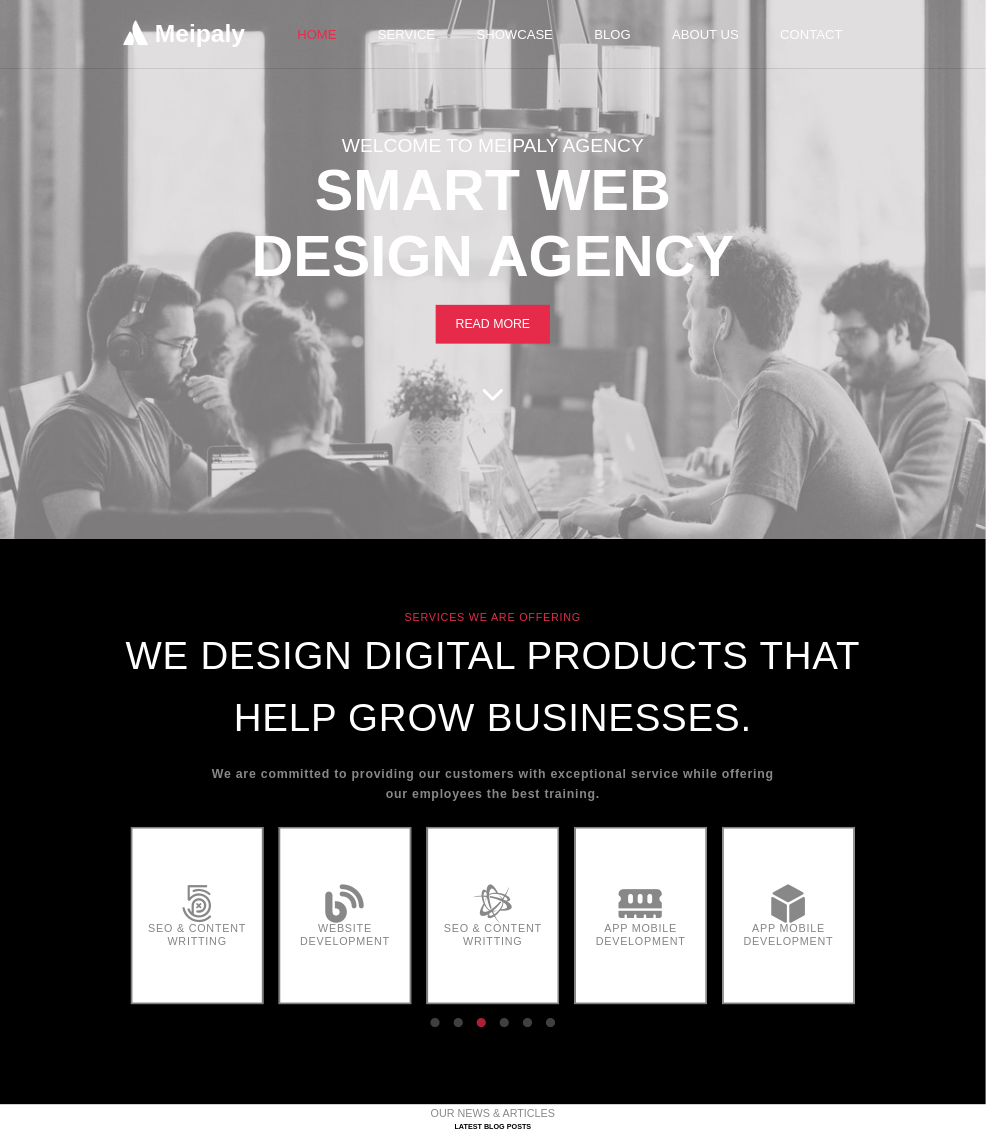
Repository: tudo1611/BC44_HTML5-CSS3_B6_MAIPALY_DO-TRUNG-TU
Page: index.html
An editor plug-in stored every save of this project. The page is shown before and after the next save, followed by the edit.
The browser window is 1280 px wide. The pictures show the whole page, at 77% of full size.
Some web fonts or font styles are not loaded; a fallback is used.

Above is the page before, as saved 2023-01-26 22:01:29.

### index.html
<!DOCTYPE html>
<html lang="en">

<head>
  <meta charset="UTF-8" />
  <meta http-equiv="X-UA-Compatible" content="IE=edge" />
  <meta name="viewport" content="width=device-width, initial-scale=1.0" />
  <title>Document</title>
  <link rel="stylesheet" href="https://cdnjs.cloudflare.com/ajax/libs/font-awesome/6.2.1/css/all.min.css" />
  <!-- slick  -->
  <link rel="stylesheet" href="./css/slick.css" />
  <link rel="stylesheet" href="./css/slick-theme.css" />
  <!-- main css  -->
  <link rel="stylesheet" href="./css/style.css" />
</head>

<body>
  <header>
    <div class="header__content">
      <div class="header__logo">
        <i class="fab fa-atlassian"></i>
        <span>Meipaly</span>
      </div>
      <nav>
        <ul>
          <li class="active"><a href="#">Home</a></li>
          <li><a href="#">Service</a></li>
          <li><a href="#">Showcase</a></li>
          <li><a href="#">Blog</a></li>
          <li><a href="#">About us</a></li>
          <li><a href="#">Contact</a></li>
        </ul>
      </nav>
    </div>
  </header>
  <section class="banner"></section>
  <section class="carousel">
    <div class="carousel__content">
      <p>WELCOME TO MEIPALY AGENCY</p>
      <h1>
        SMART WEB <br />
        DESIGN AGENCY
      </h1>
      <button>READ MORE</button>
      <div class="carousel__scroll">
        <i class="fa fa-chevron-down"></i>
      </div>
    </div>
  </section>
  <section class="service">
    <div class="service__content">
      <div class="title">
        <p>SERVICES WE ARE OFFERING</p>
        <h2>WE DESIGN DIGITAL PRODUCTS THAT HELP GROW BUSINESSES.</h2>
        <p>
          We are committed to providing our customers with exceptional service
          while offering <br />
          our employees the best training.
        </p>
      </div>
      <div class="service__slider">
        <div class="slick-content">
          <div class="item">
            <i class="fa fa-dice-d6"></i>
            <p>
              APP MOBILE <br />
              DEVELOPMENT
            </p>
          </div>
          <div class="item">
            <i class="fab fa-autoprefixer"></i>
            <p>
              DIGITAL <br />
              MARKETING
            </p>
          </div>
          <div class="item">
            <i class="fab fa-500px"></i>
            <p>
              SEO &#38; CONTENT <br />
              WRITTING
            </p>
          </div>
          <div class="item">
            <i class="fa fa-blog"></i>
            <p>
              WEBSITE <br />
              DEVELOPMENT
            </p>
          </div>
          <div class="item">
            <i class="fab fa-battle-net"></i>
            <p>
              SEO &#38; CONTENT <br />
              WRITTING
            </p>
          </div>
          <div class="item">
            <i class="fa fa-memory"></i>
            <p>
              APP MOBILE <br />
              DEVELOPMENT
            </p>
          </div>
        </div>
      </div>
    </div>
  </section>
  <section class="blogs">
    <div class="title title--black">
      <p>OUR NEWS &amp; ARTICLES</p>
      <h2>LATEST BLOG POSTS</h2>
      <p>
        We are committed to providing our customers with exceptional service
        while offering our
        <br />
        employees the best training.
      </p>
    </div>
  </section>
  <section class="number"></section>
  <section class="experience"></section>
  <section class="contact"></section>
  <script src="https://code.jquery.com/jquery-3.6.3.slim.js"
    integrity="sha256-DKU1CmJ8kBuEwumaLuh9Tl/6ZB6jzGOBV/5YpNE2BWc=" crossorigin="anonymous"></script>
  <script src="./js/slick.min.js"></script>

  <script>
    $(document).ready(function () {
      $(".slick-content").slick({
        dots: true,
        infinite: true,
        autoplay: true,
        autoplaySpeed: 2000,
        slidesToShow: 5,
        slidesToScroll: 1,
      });
    });
  </script>
</body>

</html>

### css/style.css
* {
  margin: 0;
  padding: 0;
  box-sizing: border-box;
}
html,
body {
  font-family: "Oswald", sans-serif;
  font-size: 62.5%;
  color: #fff;
}

.title {
  text-align: center;
  line-height: 1.6;
}
/* header  */
header {
  background-color: transparent;
  border-bottom: 1px solid rgba(0, 0, 0, 0.2);
  position: absolute;
  z-index: 10;
  width: 100%;
}
.header__content {
  width: 75%;
  margin: 0 auto;
  display: flex;
  justify-content: space-between;
  align-items: center;
  padding: 2.6rem 0;
}
.header__content ul {
  list-style: none;
}
.header__logo {
  font-size: 3.2rem;
  font-weight: 700;
  /* color: #fff; */
}
.header__content li {
  display: inline-block;
  padding: 0 2.6rem;
}
.header__content li.active a {
  color: #e62b4a;
}
.header__content li a {
  font-size: 1.7rem;
  color: #fff;
  text-transform: uppercase;
  text-decoration: none;
}
/* carousel  */
.carousel {
  background-image: url(../img/home_slider.jpg);
  background-size: cover;
  background-position: center;
  height: 70rem;
  display: flex;
  justify-content: center;
  align-items: center;
}
.carousel__content {
  text-align: center;
}
.carousel__content p {
  font-size: 2.5rem;
}
.carousel__content h1 {
  font-size: 7.5rem;
}
.carousel__content button {
  font-size: 1.6rem;
  margin-top: 2rem;
  padding: 1.5rem 2.5rem;
  background-color: #e62b4a;
  color: white;
  border: 1px solid #e62b4a;
  cursor: pointer;
  transition: all 0.5s;
}
.carousel__content button:hover {
  background-color: #af2239;
}
.carousel__scroll i {
  margin-top: 5rem;
  font-size: 3rem;
  animation: arrowDown 1s linear 0s infinite;
}

/* service  */
.service {
  text-align: center;
  padding: 9rem 0;
  background-color: #000;
}
.service__content {
  width: 75%;
  margin: 0 auto;
  letter-spacing: 1px;
}

.service .title p:first-of-type {
  font-size: 1.4rem;
  color: #e62b4a;
  font-weight: 300;
}
.service .title h2 {
  font-size: 5rem;
  color: #fff;
  font-weight: 400;
}
.service .title p:last-of-type {
  font-size: 1.6rem;
  color: #888888;
  font-weight: 700;
  margin-top: 2rem;
}
.service__slider {
  margin-top: 2rem;
}

.service__slider .item {
  width: 21.4rem;
  height: 23rem;
  border: 2px solid #81807d;
  background-color: #fff;
  color: #848482;
  text-align: center;
  margin: 1rem;
  display: flex;
  flex-direction: column;
  justify-content: center;
  align-items: center;
  position: relative;
}
.service__slider .item i{
  font-size: 5rem;
  color: #888888;
}
.service__slider .item p{
  font-size: 1.4rem;
}
.service__slider .item::after{
  content: "";
  height: 0;
  width: 5px;
  background-color: #e62b4a;
  display: block;
  position: absolute;
  top: 0;
  right: 0;
  transition: all .2s linear;
}
.service__slider .item:hover::after{
  height: 100%;
}
.slick-content .slick-dots li button:before{
  color: #fff;
  font-size: 5rem;
}
.slick-content .slick-dots li.slick-active button:before{
  color: #e62b4a;
}
.slick-prev:before, .slick-next:before{
  visibility: hidden;
}
/* blog  */
.title--black p:first-of-type {
    color: #888888;
    font-weight: 400;
    font-size: 1.4rem;
}
.title--black h2 {
    color: black;
}


@keyframes arrowDown {
  form {
    opacity: 1;
    transform: translateY(0);
  }
  to {
    opacity: 0;
    transform: translateY(4rem);
  }
}

Loaded but not shown: css/slick.css (common file); css/slick-theme.css (library); js/slick.min.js (library)

After the next save:
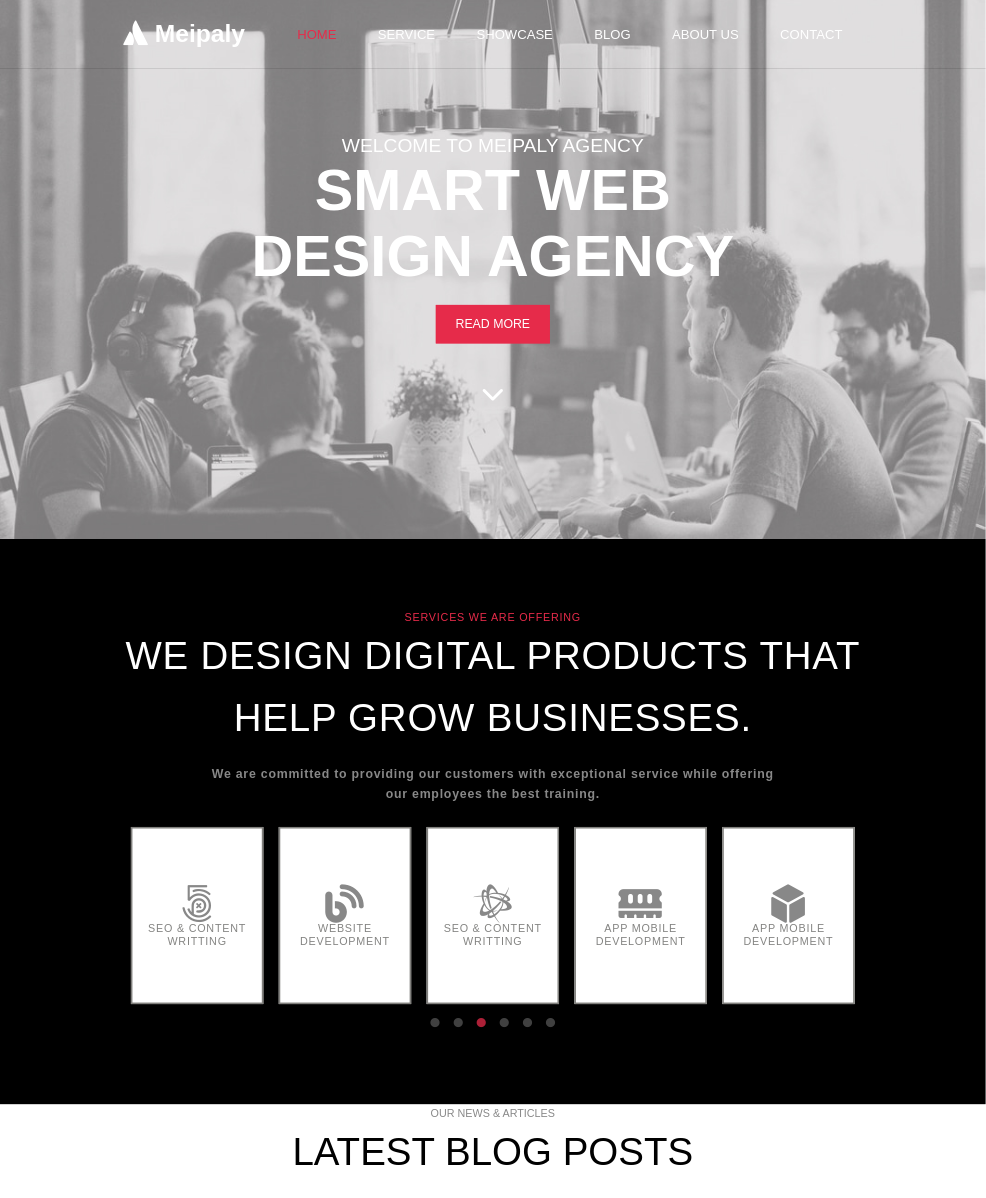
Saved 79 s later.
--- a/css/style.css
+++ b/css/style.css
@@ -174,6 +174,8 @@ header {
 }
 .title--black h2 {
     color: black;
+    font-size: 50px;
+    font-weight: 400;
 }
 
 
